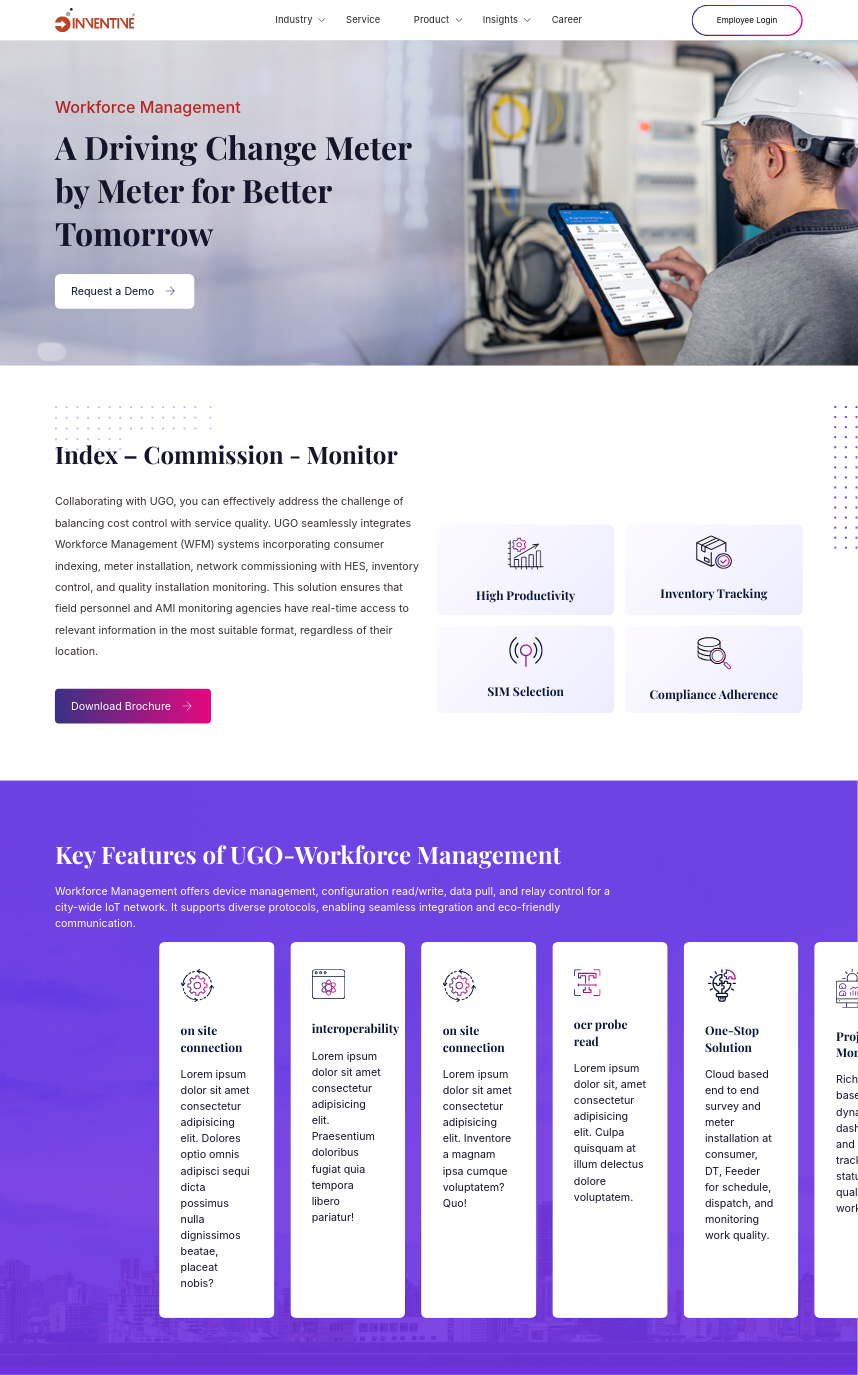
Repository: mangalravi/inventive
Page: WFM-Detail-Page.html
These files come from the project's save history. The page is drawn as it stood at one moment and after the next save; the edit follows.
The browser window is 1280 px wide. The pictures show the whole page, at 67% of full size.
Some web fonts or font styles are not loaded; a fallback is used. The style sheet was rebuilt from its Sass, Less or Tailwind sources for each picture, by a compiler version that may differ from the author's.

Above is the page before, as saved 2024-07-10 17:03:53.

### WFM-Detail-Page.html
<!DOCTYPE html>
<html lang="en">
  <head>
    <meta charset="UTF-8" />
    <meta name="viewport" content="width=device-width, initial-scale=1.0" />
    <title>Inventive</title>
    <link rel="icon" type="image/x-icon" href="content/images/favicon.png" />
    <link rel="stylesheet" href="content/lib/swiper/css/swiper.css" />
    <link href="content/css/font-family.css" />
    <link rel="stylesheet" href="content/css/Icon.css" />
    <link rel="stylesheet" as="style" href="content/css/custom.css" />
    <link href="content/css/custom-grid.css" />
  </head>
  <body>
    <header>
      <nav class="navbar">
        <div class="container">
          <div class="menu-extras lazyloaded">
            <div class="menu-item">
              <a class="navbar-toggle">
                <div class="lines">
                  <span></span>
                  <span></span>
                  <span></span>
                </div>
              </a>
            </div>
          </div>

          <div class="row align-items-center">
            <div class="col-2">
              <a href="#">
                <img
                  width="120"
                  height="36"
                  alt="inventive_logo"
                  src="content/images/inventive_logo-1.svg"
                />
              </a>
              <button class="navbar-toggler" type="button">
                <span class="navbar-toggler-icon"></span>
              </button>
            </div>
            <div class="col-8">
              <div class="collapse navbar-collapse">
                <ul class="navbar-nav">
                  <li class="parent-menu position-relative">
                    <a href="#">Industry</a>
                    <span class="menu-arrow"></span>
                    <ul class="submenu">
                      <li>
                        <a href="#" class="sub-menu-item">About Us</a>
                      </li>
                      <li>
                        <a href="#" target="_blank" class="sub-menu-item"
                          >Company Profile</a
                        >
                      </li>
                      <li>
                        <a href="#" target="_blank" class="sub-menu-item"
                          >Virtual Introduction</a
                        >
                      </li>
                      <li>
                        <a href="#" class="sub-menu-item">Office Locations</a>
                      </li>
                      <li><a href="#" class="sub-menu-item">Our Team</a></li>
                      <li>
                        <a href="#" class="sub-menu-item">Our Clients</a>
                      </li>
                      <li>
                        <a href="#" class="sub-menu-item">Certificates</a>
                      </li>
                      <li>
                        <a href="#" class="sub-menu-item">Events News</a>
                      </li>
                      <li><a href="#" class="sub-menu-item">Gallery</a></li>
                    </ul>
                  </li>
                  <li class="nav-item">
                    <a href="#" class="nav-link">Service</a>
                  </li>
                  <li class="parent-menu position-relative">
                    <a href="#">Product</a><span class="menu-arrow"></span>
                    <div class="prodlist submenu">
                      <div class="tabs">
                        <ul class="tab-links">
                          <li class="tab-link" data-tab="tab1">
                            <a href="#">Smart Metering Solutions(SMS)</a>
                          </li>
                          <li class="tab-link" data-tab="tab2">
                            <a href="#">Unified Billing System</a>
                          </li>
                          <li class="tab-link" data-tab="tab3">
                            <a href="#">Enterprise Resource Planning</a>
                          </li>
                        </ul>
                        <div class="tab-content">
                          <div id="tab1" class="tab">
                            <ul class="mgmenu mb-4 ms-5">
                              <li>
                                <a href="/head-end-system"
                                  >Head End System
                                  <i class="bi bi-arrow-right"></i
                                ></a>
                              </li>
                              <li>
                                <a href="/meter-data-management"
                                  >Meter Data Management
                                  <i class="bi bi-arrow-right"></i
                                ></a>
                              </li>
                              <li>
                                <a href="/consumer-survey-meter-installation"
                                  >Consumer Survey &amp; Meter Installation
                                  <i class="bi bi-arrow-right"></i
                                ></a>
                              </li>
                              <li>
                                <a href="/smart-prepaid-system"
                                  >Smart Prepaid System
                                  <i class="bi bi-arrow-right"></i
                                ></a>
                              </li>
                              <li>
                                <a href="/energy-audit"
                                  >Energy Audit <i class="bi bi-arrow-right"></i
                                ></a>
                              </li>
                            </ul>
                          </div>
                          <div id="tab2" class="tab">
                            <ul class="mgmenu mb-4 ms-5">
                              <li>
                                <a href="/metering-billing-and-collection"
                                  >Metering, Billing &amp; Collection
                                  <i class="bi bi-arrow-right"></i
                                ></a>
                              </li>
                              <li>
                                <a href="/crm-for-utilities"
                                  >CRM <i class="bi bi-arrow-right"></i
                                ></a>
                              </li>
                              <li>
                                <a href="/workforce-management"
                                  >Workforce Management
                                  <i class="bi bi-arrow-right"></i
                                ></a>
                              </li>
                              <li>
                                <a href="/spot-billing-app"
                                  >Spot Billing App
                                  <i class="bi bi-arrow-right"></i
                                ></a>
                              </li>
                              <li>
                                <a href="/consumer-app-and-portal"
                                  >Consumer App and Portal
                                  <i class="bi bi-arrow-right"></i
                                ></a>
                              </li>
                              <li>
                                <a href="/energy-analytics"
                                  >Energy Analytics
                                  <i class="bi bi-arrow-right"></i
                                ></a>
                              </li>
                              <li>
                                <a href="/network-indexing-management"
                                  >Network Indexing Management
                                  <i class="bi bi-arrow-right"></i
                                ></a>
                              </li>
                              <li>
                                <a href="/ocr-based-billing"
                                  >OCR Based Billing
                                  <i class="bi bi-arrow-right"></i
                                ></a>
                              </li>
                            </ul>
                          </div>
                          <div id="tab3" class="tab">
                            <ul class="mgmenu mb-4 ms-5">
                              <li>
                                <a href="/erp-procurement-module"
                                  >Procurement <i class="bi bi-arrow-right"></i
                                ></a>
                              </li>
                              <li>
                                <a href="/finance-and-accounting"
                                  >Finance &amp; Accounting
                                  <i class="bi bi-arrow-right"></i
                                ></a>
                              </li>
                              <li>
                                <a href="/human-resource-management-system"
                                  >HRMS <i class="bi bi-arrow-right"></i
                                ></a>
                              </li>
                              <li>
                                <a href="/erp-sales-module"
                                  >Sales <i class="bi bi-arrow-right"></i
                                ></a>
                              </li>
                              <li>
                                <a href="/erp-supply-chain-management"
                                  >Supply Chain Management
                                  <i class="bi bi-arrow-right"></i
                                ></a>
                              </li>
                              <li>
                                <a href="/customer-relationship-management"
                                  >CRM <i class="bi bi-arrow-right"></i
                                ></a>
                              </li>
                              <li>
                                <a href="/inventory-management-system"
                                  >Inventory Management
                                  <i class="bi bi-arrow-right"></i
                                ></a>
                              </li>
                              <li>
                                <a href="/warehouse-management-system"
                                  >Warehouse Management
                                  <i class="bi bi-arrow-right"></i
                                ></a>
                              </li>
                            </ul>
                          </div>
                        </div>
                      </div>
                    </div>
                  </li>
                  <li class="parent-menu position-relative">
                    <a href="#">Insights</a><span class="menu-arrow"></span>
                    <ul class="submenu">
                      <li><a href="#" class="sub-menu-item">Blogs</a></li>
                      <li>
                        <a href="#" class="sub-menu-item">Contact Us</a>
                      </li>
                    </ul>
                  </li>
                  <li class="nav-item">
                    <a href="#" class="nav-link">Career</a>
                  </li>
                </ul>
              </div>
            </div>
            <div class="col-2">
              <a href="#" class="btn-outline-main">
                <span>Employee Login</span>
              </a>
            </div>
          </div>
        </div>
      </nav>
    </header>

    <section class="top-banner">
      <div class="container">
        <div class="row">
          <div class="col-md-6">
            <div class="tpcntnt">
              <p>Workforce Management</p>
              <h4>A Driving Change Meter by Meter for Better Tomorrow</h4>
              <a href="#" class="btn btn-primary"
                >Request a Demo
                <span class="material-symbols-outlined">
                  arrow_forward
                </span></a
              >
            </div>
          </div>
        </div>
      </div>
    </section>

    <section class="intro pt-0">
      <div class="container">
        <div class="row align-items-end">
          <div class="col-md-6 d-flex">
            <div class="lft">
              <h4>Index – Commission - Monitor</h4>
              <p>
                Collaborating with UGO, you can effectively address the
                challenge of balancing cost control with service quality. UGO
                seamlessly integrates Workforce Management (WFM) systems
                incorporating consumer indexing, meter installation, network
                commissioning with HES, inventory control, and quality
                installation monitoring. This solution ensures that field
                personnel and AMI monitoring agencies have real-time access to
                relevant information in the most suitable format, regardless of
                their location.
              </p>
              <a href="#" class="btn btn-main">
                Download Brochure
                <span class="material-symbols-outlined">
                  arrow_forward
                </span></a
              >
            </div>
          </div>
          <div class="col-md-6 d-flex">
            <div class="mainrgt">
              <div class="row gx-3">
                <div class="col-sm-6 d-flex">
                  <div class="rgt">
                    <img
                      src="content/images/High-Productivity.svg"
                      alt="High"
                    />
                    <h4>High Productivity</h4>
                  </div>
                </div>
                <div class="col-sm-6 d-flex">
                  <div class="rgt">
                    <img
                      src="content/images/Inventory-Tracking.svg"
                      alt="Inventory"
                    />
                    <h4>Inventory Tracking</h4>
                  </div>
                </div>
                <div class="col-sm-6 d-flex">
                  <div class="rgt">
                    <img src="content/images/SIM-Selection.svg" alt="SIM" />
                    <h4>SIM Selection</h4>
                  </div>
                </div>
                <div class="col-sm-6 d-flex">
                  <div class="rgt">
                    <img
                      src="content/images/compliance-adherence.svg"
                      alt="compliance"
                    />
                    <h4>Compliance Adherence</h4>
                  </div>
                </div>
              </div>
            </div>
          </div>
        </div>
      </div>
    </section>
    <section class="key-feature position-relative">
      <div class="container">
        <div class="row">
          <div class="col-11 col-sm-10 col-md-8">
            <div class="tpcntnt">
              <h4>Key Features of UGO-Workforce Management</h4>
              <p>
                Workforce Management offers device management, configuration
                read/write, data pull, and relay control for a city-wide IoT
                network. It supports diverse protocols, enabling seamless
                integration and eco-friendly communication.
              </p>
            </div>
          </div>
        </div>
      </div>
      <div class="swiper">
        <!-- Additional required wrapper -->
        <div class="swiper-wrapper">
          <!-- Slides -->
          <div class="swiper-slide">
            <div class="slidecntnt">
              <img
                src="content/images/Key-features/one-stop-solution.svg"
                alt="solution"
              />
              <h5>One-Stop Solution</h5>
              <p>
                Cloud based end to end survey and meter installation at
                consumer, DT, Feeder for schedule, dispatch, and monitoring work
                quality.
              </p>
            </div>
          </div>
          <div class="swiper-slide">
            <div class="slidecntnt">
              <img
                src="content/images/Key-features/project-onitoring.svg"
                alt="project"
              />
              <h5>Project Monitoring</h5>
              <p>
                Rich UI/UX based dynamic dashboards and reports to track project
                status and quality of eld work at site.
              </p>
            </div>
          </div>
          <div class="swiper-slide">
            <div class="slidecntnt">
              <img
                src="content/images/Key-features/signal-strength.svg"
                alt="signal"
              />
              <h5>Signal Strength</h5>
              <p>
                Capture SIM connectivity status for proper planning of
                deployment of GPRS/RF mechanism at site.
              </p>
            </div>
          </div>
          <div class="swiper-slide">
            <div class="slidecntnt">
              <img
                src="content/images/Key-features/location-tracking.svg"
                alt="location"
              />
              <h5>Location Tracking</h5>
              <p>
                Support accurate GPS co-ordinates capturing from mobile device
                for efficient route planning and time saving.
              </p>
            </div>
          </div>
          <div class="swiper-slide">
            <div class="slidecntnt">
              <img
                src="content/images/Key-features/on-site-connection.svg"
                alt="connection"
              />
              <h5>on site connection</h5>
              <p>
                Lorem ipsum dolor sit amet consectetur adipisicing elit. Dolores
                optio omnis adipisci sequi dicta possimus nulla dignissimos
                beatae, placeat nobis?
              </p>
            </div>
          </div>
          <div class="swiper-slide">
            <div class="slidecntnt">
              <img
                src="content/images/Key-features/interoperability.svg"
                alt="interoperability"
              />
              <h5>interoperability</h5>
              <p>
                Lorem ipsum dolor sit amet consectetur adipisicing elit.
                Praesentium doloribus fugiat quia tempora libero pariatur!
              </p>
            </div>
          </div>
          <div class="swiper-slide">
            <div class="slidecntnt">
              <img
                src="content/images/Key-features/on-site-connection.svg"
                alt="connection"
              />
              <h5>on site connection</h5>
              <p>
                Lorem ipsum dolor sit amet consectetur adipisicing elit.
                Inventore a magnam ipsa cumque voluptatem? Quo!
              </p>
            </div>
          </div>
          <div class="swiper-slide">
            <div class="slidecntnt">
              <img
                src="content/images/Key-features/ocr-probe-read.svg"
                alt="ocr"
              />
              <h5>ocr probe read</h5>
              <p>
                Lorem ipsum dolor sit, amet consectetur adipisicing elit. Culpa
                quisquam at illum delectus dolore voluptatem.
              </p>
            </div>
          </div>
        </div>

        <!-- If we need navigation buttons -->
        <div class="swiper-button-prev"></div>
        <div class="swiper-button-next"></div>
      </div>
    </section>
    <script src="content/js/jquery.min.js"></script>
    <script src="content/lib/swiper/js/swiper.js"></script>
    <script src="content/js/custom.js"></script>
  </body>
</html>

### content/js/custom.js
document.addEventListener("DOMContentLoaded", function () {
  const tabLinks = document.querySelectorAll(".tab-link");
  const tabs = document.querySelectorAll(".tab");
  let activeTab = tabLinks[0]; // Initialize with the first tab link

  function showTab(event, tabId) {
    // Remove active class from current active tab link and tab
    if (activeTab) {
      activeTab.classList.remove("active");
      const activeContent = document.getElementById(activeTab.dataset.tab);
      activeContent.classList.remove("active");
    }

    // Set the new active tab link and tab
    const targetElement = event.target.closest(".tab-link");
    targetElement.classList.add("active");
    document.getElementById(tabId).classList.add("active");

    // Update the activeTab to the newly active tab link
    activeTab = targetElement;
  }

  tabLinks.forEach((link) => {
    link.addEventListener("click", function (event) {
      showTab(event, event.target.closest(".tab-link").dataset.tab);
    });
    link.addEventListener("mouseover", function (event) {
      showTab(event, event.target.closest(".tab-link").dataset.tab);
    });
  });

  // Initialize first tab as active
  tabLinks[0].classList.add("active");
  tabs[0].classList.add("active");
});

//slider
const swiper = new Swiper(".swiper", {
  loop: true,
  centeredSlides: true,
  navigation: {
    nextEl: ".swiper-button-next",
    prevEl: ".swiper-button-prev",
  },
  slidesOffsetBefore: 20,
  slidesOffsetAfter: 20,
  spaceBetween: 30,

  breakpoints: {
    768: {
      slidesPerView: 3,
      spaceBetween: 30,
    },
    1024: {
      slidesPerView: 4,
      spaceBetween: 40,
    },
    1280: {
      slidesPerView: 6,
      spaceBetween: 50,
    },
  },
});

### content/css/font-family.css
/* Inter font family */
@font-face {
  font-family: "Inter";
  font-style: normal;
  font-weight: 400;
  src: url("../fonts/Inter/Inter-Regular.ttf") format("truetype");
  font-display: swap;
}
@font-face {
  font-family: "Inter";
  font-style: normal;
  font-weight: 500;
  src: url("../fonts/Inter/Inter-Medium.ttf") format("truetype");
  font-display: swap;
}

@font-face {
  font-family: "Inter";
  font-style: normal;
  font-weight: 600;
  src: url("../fonts/Inter/Inter-SemiBold.ttf") format("truetype");
  font-display: swap;
}



/* Playfair Display font family */
@font-face {
  font-family: "Playfair Display";
  font-style: normal;
  font-weight: 600;
  src: url("../fonts/Playfair_Display/PlayfairDisplay-SemiBold.ttf") format("truetype");
  font-display: swap;
}

@font-face {
  font-family: "Playfair Display";
  font-style: normal;
  font-weight: 700;
  src: url("../fonts/Playfair_Display/PlayfairDisplay-Bold.ttf") format("truetype");
  font-display: swap;
}

Loaded but not shown: content/lib/swiper/css/swiper.css (library); content/js/jquery.min.js (library); content/lib/swiper/js/swiper.js (library); content/images/High-Productivity.svg (25 lines, source omitted); content/images/SIM-Selection.svg (16 lines, source omitted); content/css/custom.scss (728 lines, source omitted); content/css/Icon.css (90 lines, source omitted)

After the next save:
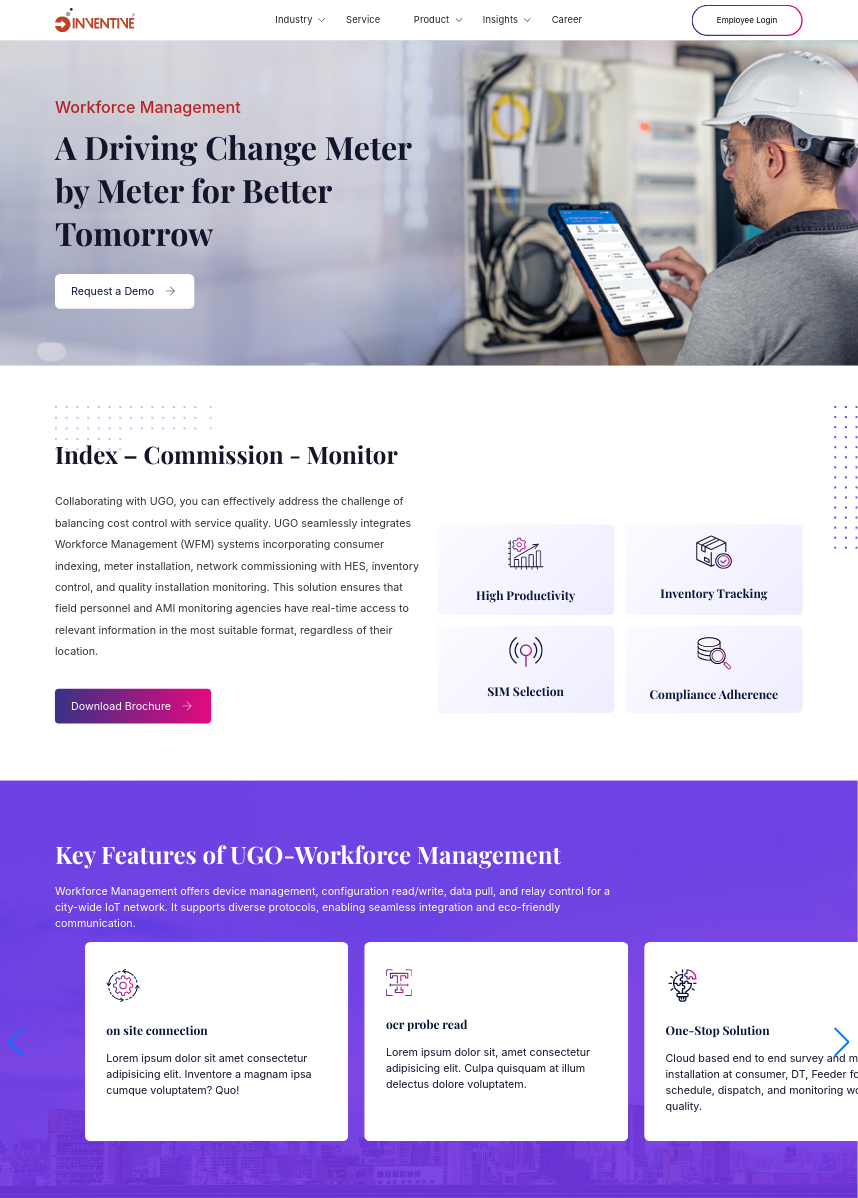
Saved 6 s later.
--- a/content/js/custom.js
+++ b/content/js/custom.js
@@ -56,7 +56,7 @@
       spaceBetween: 40,
     },
     1280: {
-      slidesPerView: 6,
+      slidesPerView: 3,
       spaceBetween: 50,
     },
   },
